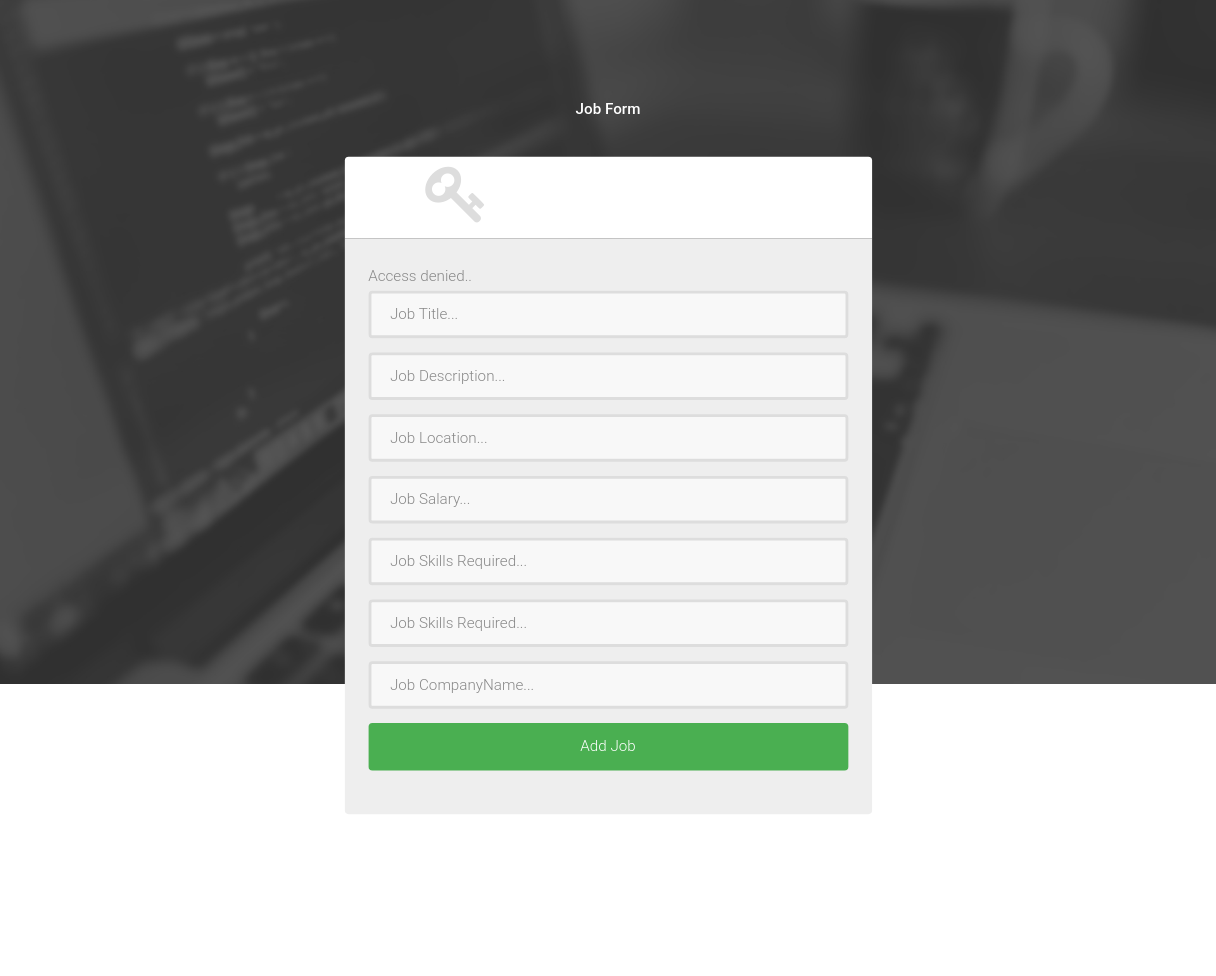
Repository: Abhi2097/Collab
Page: Final Commit of Project 2/Project 2/Frontend_Collab/WebContent/views/jobform.html
The author's editor kept a copy of each file at every save. The page is drawn from the files as they stood at one save, then again after the next save.
The browser window is 1280 px wide. The pictures show the whole page, at 95% of full size.

Above is the page before, as saved 2018-11-27 10:54:16.

After the next save:
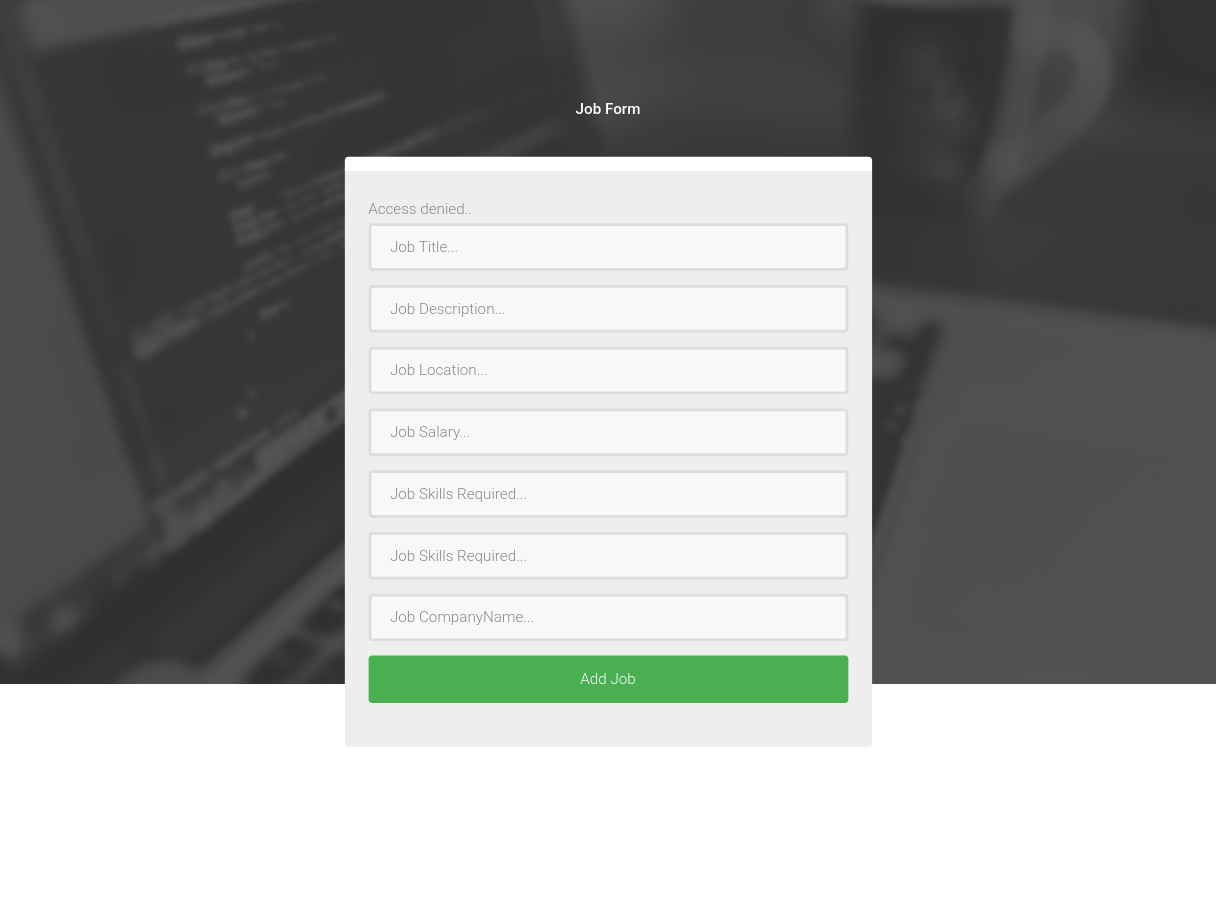
Saved 4 min 3 s later.
--- a/Final Commit of Project 2/Project 2/Frontend_Collab/WebContent/views/jobform.html
+++ b/Final Commit of Project 2/Project 2/Frontend_Collab/WebContent/views/jobform.html
@@ -1,7 +1,6 @@
 <html lang="en">
 
     <head>
-   <title>Login Form</title>
 
         <link rel="stylesheet" href="assets/bootstrap/css/bootstrap.min.css">
         <link rel="stylesheet" href="assets/font-awesome/css/font-awesome.min.css">
@@ -24,10 +23,7 @@
                     <div class="row">
                         <div class="col-sm-6 col-sm-offset-3 form-box">
                         	<div class="form-top">
-                        		<div class="form-top-right">
-                        			<i class="fa fa-key"></i>
-                        		</div>
-                            </div>
+                             </div>
                             <div class="form-bottom">
 <div ng-show="user.role!='ADMIN'">Access denied..</div>
 <div ng-show="user.role=='ADMIN'">
